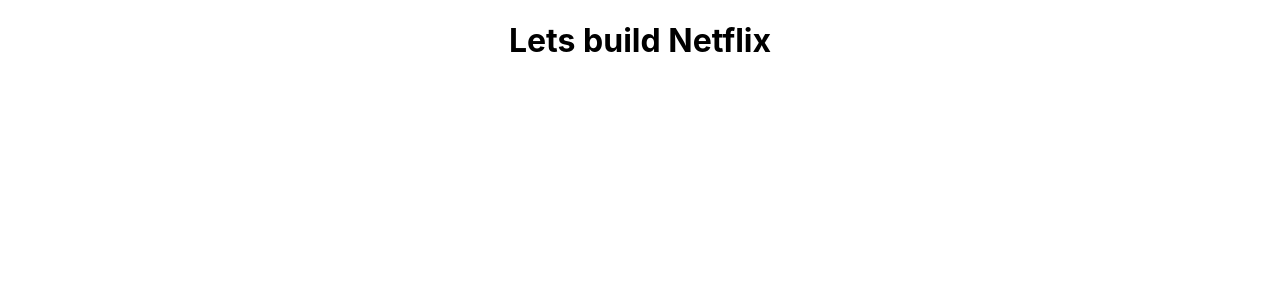
Repository: wwhite11/NETFLIX2.0
Page: / (app in netflix2.0-app/)
An editor plug-in stored every save of this project. The page is shown before and after the next save, followed by the edit.
The browser window is 1280 px wide. The pictures show the whole page.
The project was rebuilt for these pictures with package versions that can differ from the ones it lists, and the page was loaded fresh each time.

Above is the page before, as saved 2022-06-09 11:27:08.

### netflix2.0-app/src/App.js
import React from 'react';

import './App.css';

function App() {
  return (
    <div className="App">
     <h1>Lets build Netflix</h1>
    </div>
  );
}

export default App;

### netflix2.0-app/src/features/counter/counterSlice.js
import { createAsyncThunk, createSlice } from '@reduxjs/toolkit';
import { fetchCount } from './counterAPI';

const initialState = {
  value: 0,
  status: 'idle',
};

// The function below is called a thunk and allows us to perform async logic. It
// can be dispatched like a regular action: `dispatch(incrementAsync(10))`. This
// will call the thunk with the `dispatch` function as the first argument. Async
// code can then be executed and other actions can be dispatched. Thunks are
// typically used to make async requests.
export const incrementAsync = createAsyncThunk(
  'counter/fetchCount',
  async (amount) => {
    const response = await fetchCount(amount);
    // The value we return becomes the `fulfilled` action payload
    return response.data;
  }
);

export const counterSlice = createSlice({
  name: 'counter',
  initialState,
  // The `reducers` field lets us define reducers and generate associated actions
  reducers: {
    increment: (state) => {
      // Redux Toolkit allows us to write "mutating" logic in reducers. It
      // doesn't actually mutate the state because it uses the Immer library,
      // which detects changes to a "draft state" and produces a brand new
      // immutable state based off those changes
      state.value += 1;
    },
    decrement: (state) => {
      state.value -= 1;
    },
    // Use the PayloadAction type to declare the contents of `action.payload`
    incrementByAmount: (state, action) => {
      state.value += action.payload;
    },
  },
  // The `extraReducers` field lets the slice handle actions defined elsewhere,
  // including actions generated by createAsyncThunk or in other slices.
  extraReducers: (builder) => {
    builder
      .addCase(incrementAsync.pending, (state) => {
        state.status = 'loading';
      })
      .addCase(incrementAsync.fulfilled, (state, action) => {
        state.status = 'idle';
        state.value += action.payload;
      });
  },
});

export const { increment, decrement, incrementByAmount } = counterSlice.actions;

// The function below is called a selector and allows us to select a value from
// the state. Selectors can also be defined inline where they're used instead of
// in the slice file. For example: `useSelector((state: RootState) => state.counter.value)`
export const selectCount = (state) => state.counter.value;

// We can also write thunks by hand, which may contain both sync and async logic.
// Here's an example of conditionally dispatching actions based on current state.
export const incrementIfOdd = (amount) => (dispatch, getState) => {
  const currentValue = selectCount(getState());
  if (currentValue % 2 === 1) {
    dispatch(incrementByAmount(amount));
  }
};

export default counterSlice.reducer;

Loaded but not shown: netflix2.0-app/public/index.html (common file); netflix2.0-app/src/index.js (common file); netflix2.0-app/src/app/store.js (common file); netflix2.0-app/src/reportWebVitals.js (common file); netflix2.0-app/src/index.css (common file); netflix2.0-app/src/App.css (common file); netflix2.0-app/src/features/counter/counterAPI.js (common file)

After the next save:
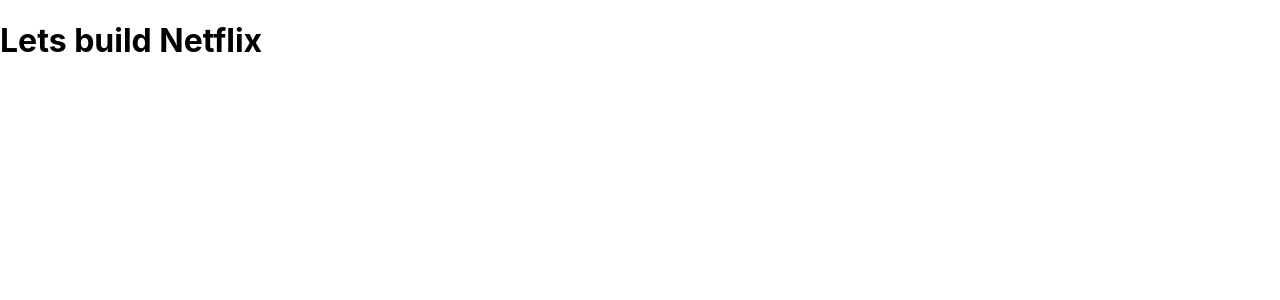
Saved 25 s later.
--- a/netflix2.0-app/src/App.js
+++ b/netflix2.0-app/src/App.js
@@ -4,7 +4,7 @@
 
 function App() {
   return (
-    <div className="App">
+    <div className="app">
      <h1>Lets build Netflix</h1>
     </div>
   );
